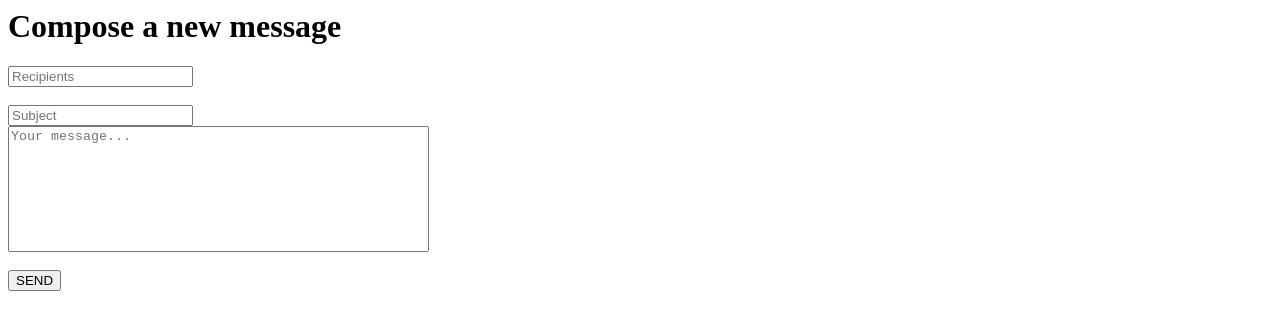
Repository: oforbes/CMail
Page: compose.html
The author's editor kept a record of every edit. The page is drawn from the files as they stood at one moment, then again after the next edit.
The browser window is 1280 px wide. The pictures show the whole page.

Above is the page before.

After the next edit:
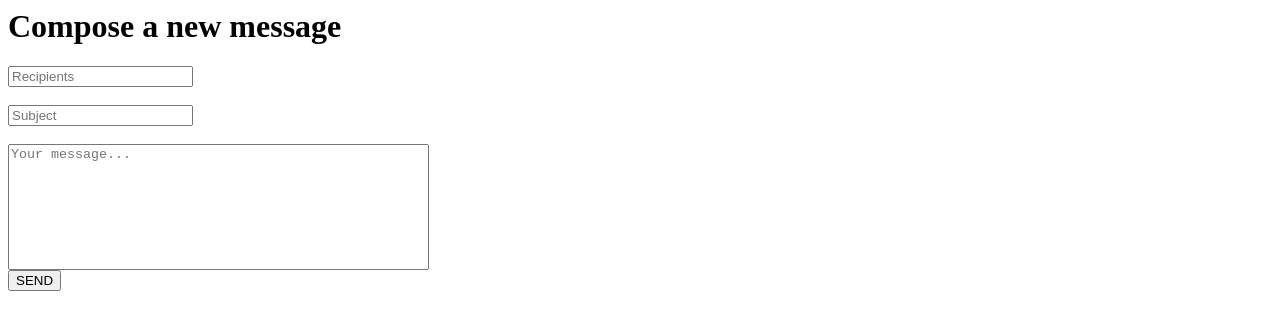
The edit:
--- a/compose.html
+++ b/compose.html
@@ -11,8 +11,8 @@
         <form>
 
                     <input type="text" placeholder="Recipients" class="bxes"/><br><br>
-                    <input type="text" placeholder="Subject" class="bxes"/><br>
-                    <textarea cols="50" rows="8" placeholder="Your message..." style="resize:none"></textarea><br><br>
+                    <input type="text" placeholder="Subject" class="bxes"/><br><br>
+                    <textarea cols="50" rows="8" placeholder="Your message..." style="resize:none"></textarea><br>
                     <button class="button">SEND</button>
 
 
